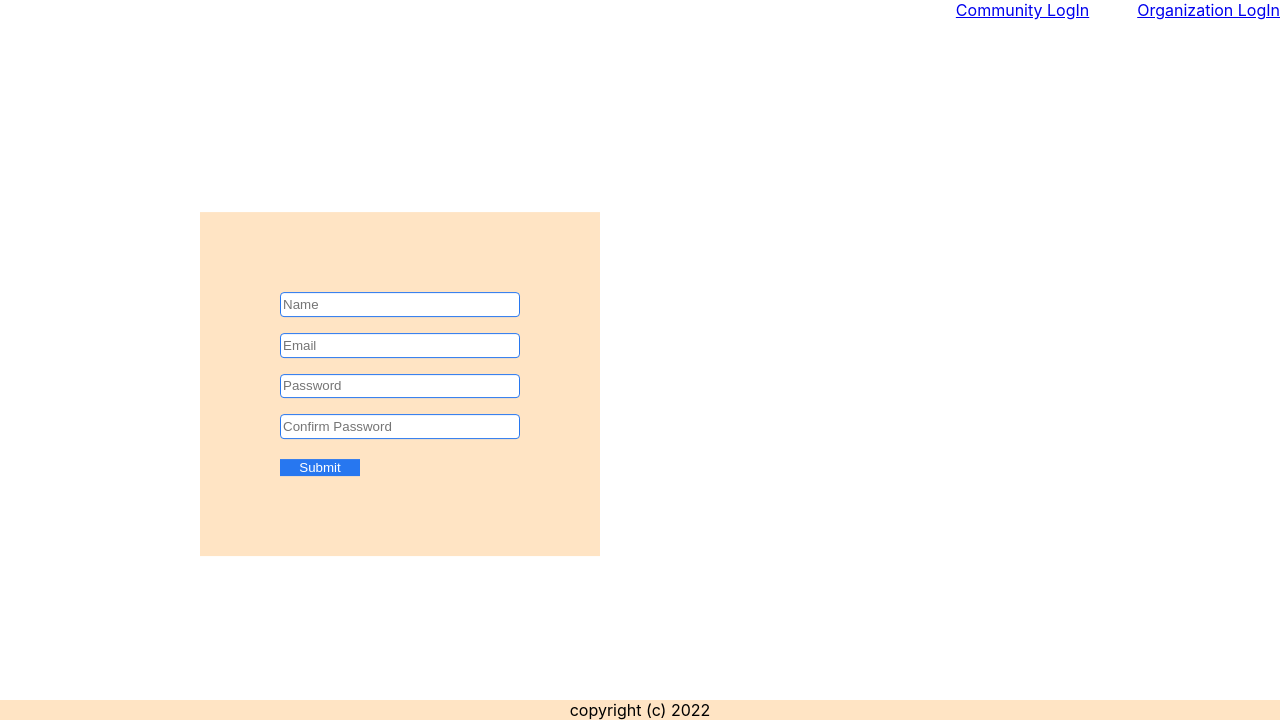
Repository: samuelp244/Ticket-Managment-System
Page: / (app in app/)
These files come from the project's save history. The page is drawn as it stood at one moment and after the next save; the edit follows.
The browser window is 1280 px wide. The pictures show the whole page.
The project was rebuilt for these pictures with package versions that can differ from the ones it lists, and the page was loaded fresh each time.

Above is the page before, as saved 2022-08-17 18:30:21.

After the next save:
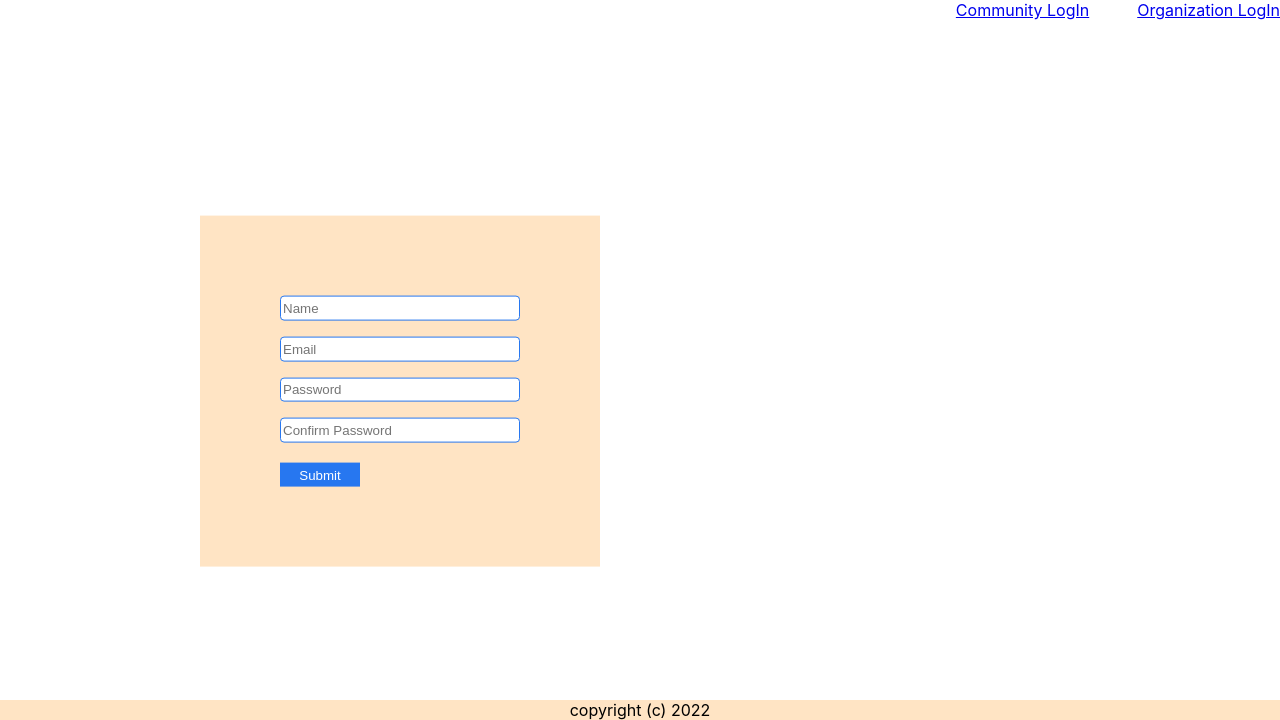
Saved 4 s later.
--- a/app/src/components/forms/SignUpComm.css
+++ b/app/src/components/forms/SignUpComm.css
@@ -20,7 +20,7 @@ form{
 button{
     margin-top: 20px;
     width: 5rem;
-    height: ;
+    height: 1.5rem;
     color: rgb(255, 255, 255);
     background-color: rgb(39, 119, 240);
     border: none;
